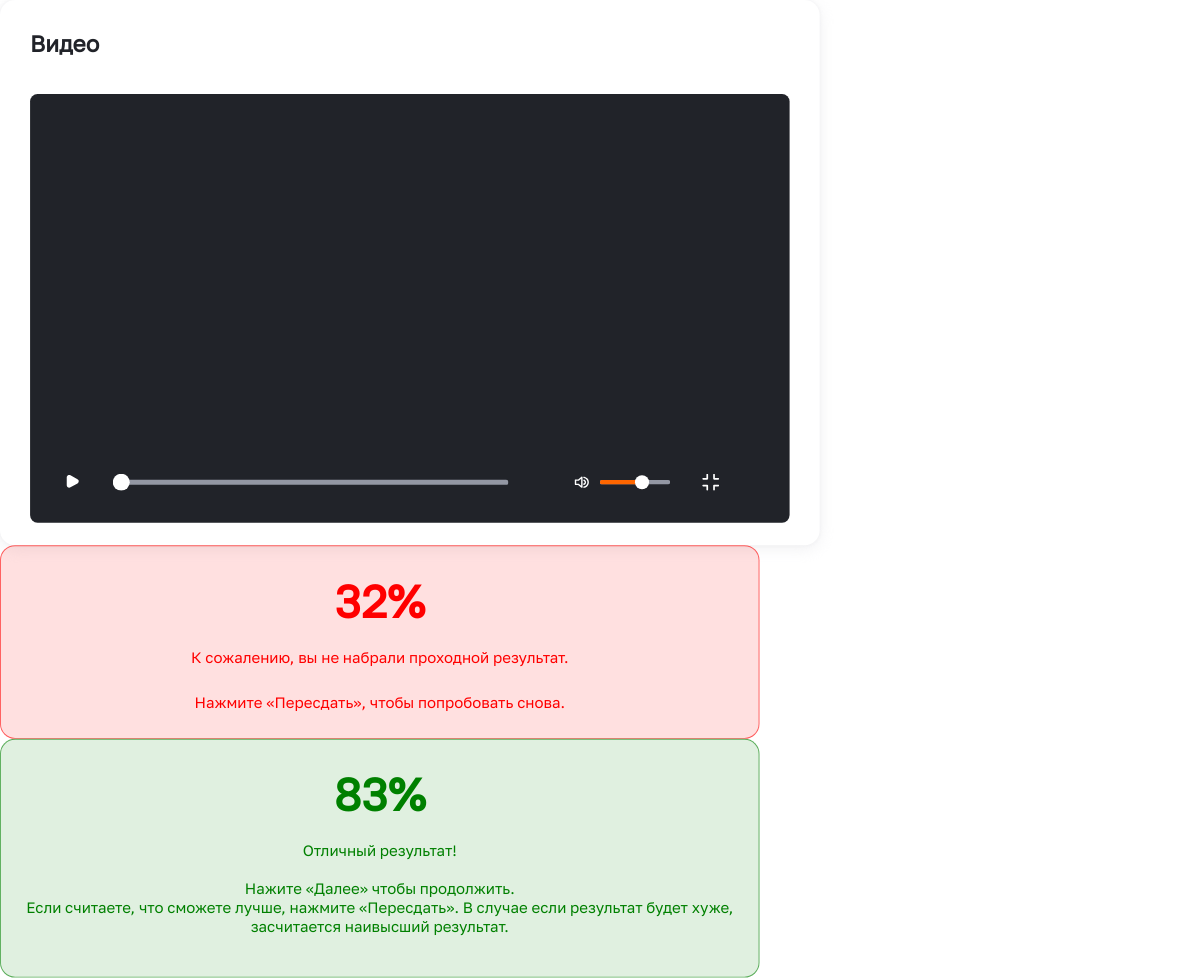
Repository: RuslanSR2424/Group5_LizaAlert
Page: index.html
The author's editor kept a copy of each file at every save. The page is drawn from the files as they stood at one save, then again after the next save.
The browser window is 1280 px wide. The pictures show the whole page, at 94% of full size.

Above is the page before, as saved 2022-03-09 18:18:17.

After the next save:
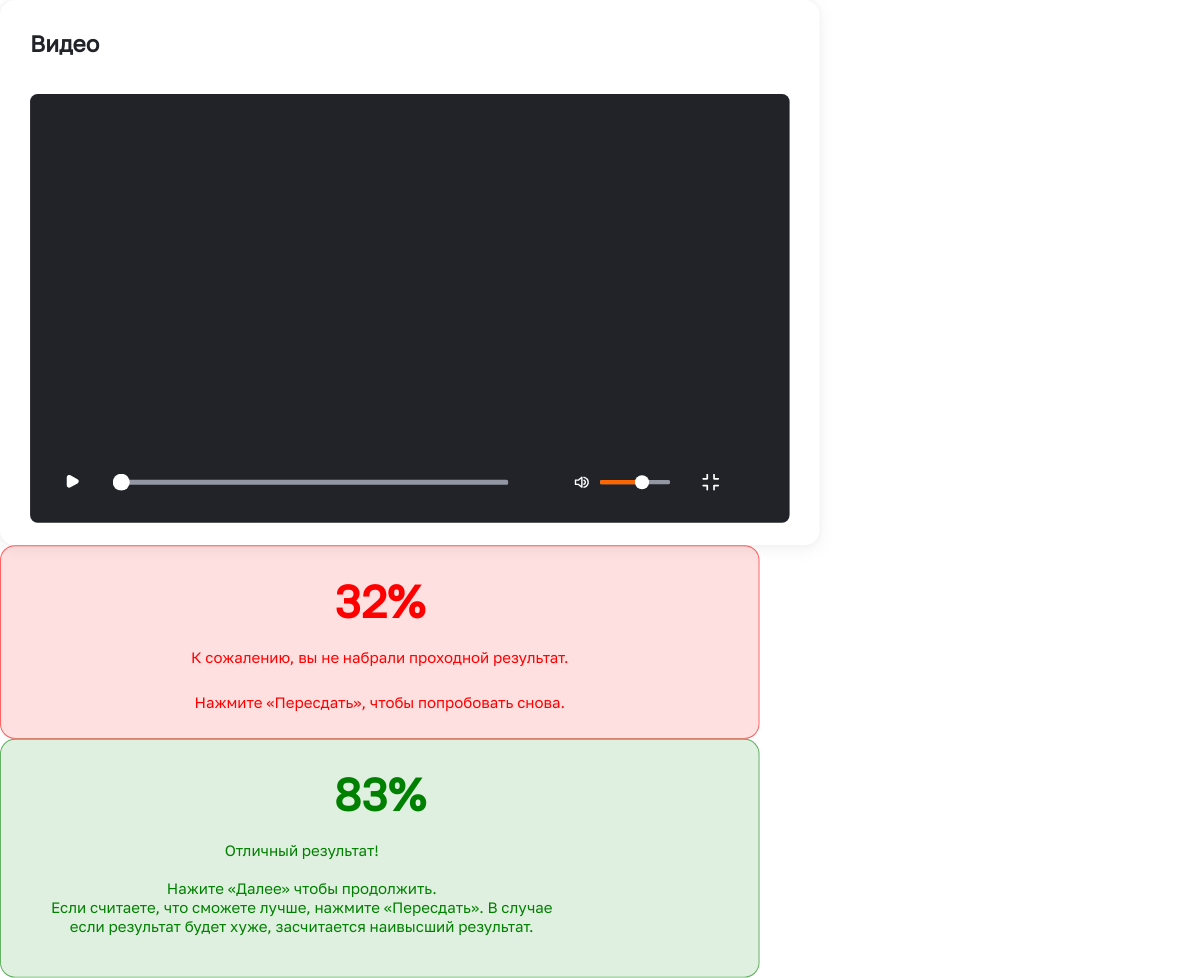
Saved 30 s later.
--- a/blocks/results/__text/_type/result__text_type_good.css
+++ b/blocks/results/__text/_type/result__text_type_good.css
@@ -2,6 +2,7 @@
   text-align: center;
   margin: 0;
   color: #008000;
+  max-width: 640px;
 }
 .result__text_type_good:nth-of-type(1){
     margin-bottom: 20px;
